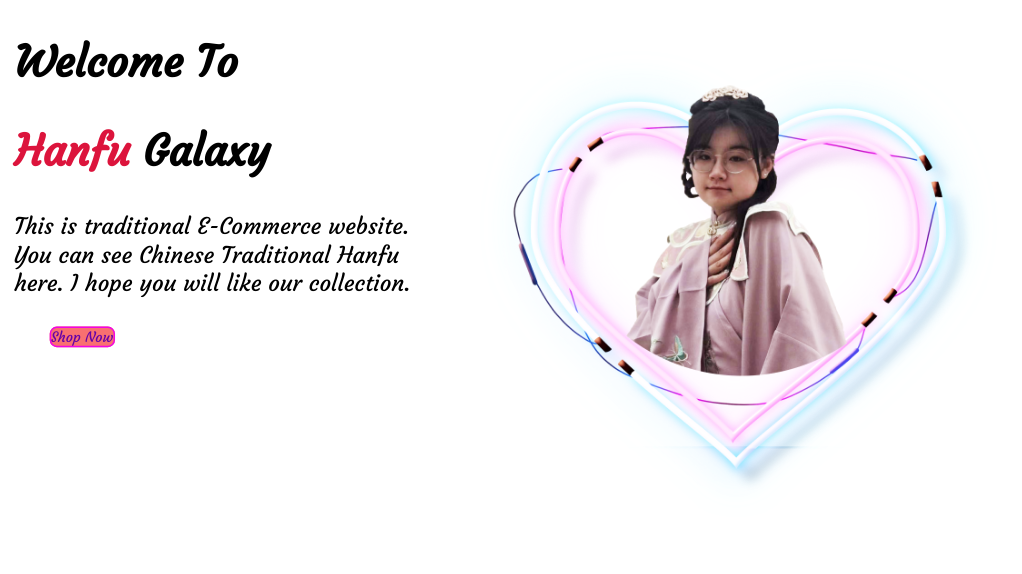
Repository: ramizraaz/E-Commerce
Page: index.html
An editor plug-in stored every save of this project. The page is shown before and after the next save, followed by the edit.
The browser window is 1280 px wide. The page is 1440 px wide, so the pictures cover 1440 px, including what lies to the right of the window. The pictures show the whole page, at 71% of full size.

Above is the page before, as saved 2022-02-06 21:03:46.

### index.html
<!DOCTYPE html>
<html lang="en">

<head>
    <meta charset="UTF-8">
    <meta http-equiv="X-UA-Compatible" content="IE=edge">
    <meta name="viewport" content="width=device-width, initial-scale=1.0">
    <title>Document</title>
    <link rel="stylesheet" href="main.css">
</head>

<body>
    <section class="top">
        <div class="container">
            <h1>Welcome To </h1>
            <h1><span> Hanfu </span>Galaxy</h1>
            <p>This is traditional E-Commerce website. You can see Chinese Traditional Hanfu here. I hope you will like our collection.
            </p>
            <a href="index.html">Shop Now</a>
        </div>
        <div class="container">
            <img src="images/bg-1.png" alt="showart">
        </div>
    </section>
</body>

</html>

### main.css
@import url('https://fonts.googleapis.com/css2?family=Courgette&display=swap');
body {
    font-family: 'Courgette', cursive;
    margin: 0;
    font-size: 2rem;
}

h1 {
    font-size: 60px;
}

span {
    color: crimson;
}

img {
    width: 800px;
}

a {
    text-decoration: none;
    border: 2px solid #f104e6;
    border-radius: 10px;
    font-size: 20px;
    margin-left: 50px;
    background-color: rgba(243, 7, 7, 0.575);
    color: rgb(101, 2, 167);
}

.top {
    display: flex;
    ;
}

.container {
    width: 50%;
    padding-left: 20px;
}

After the next save:
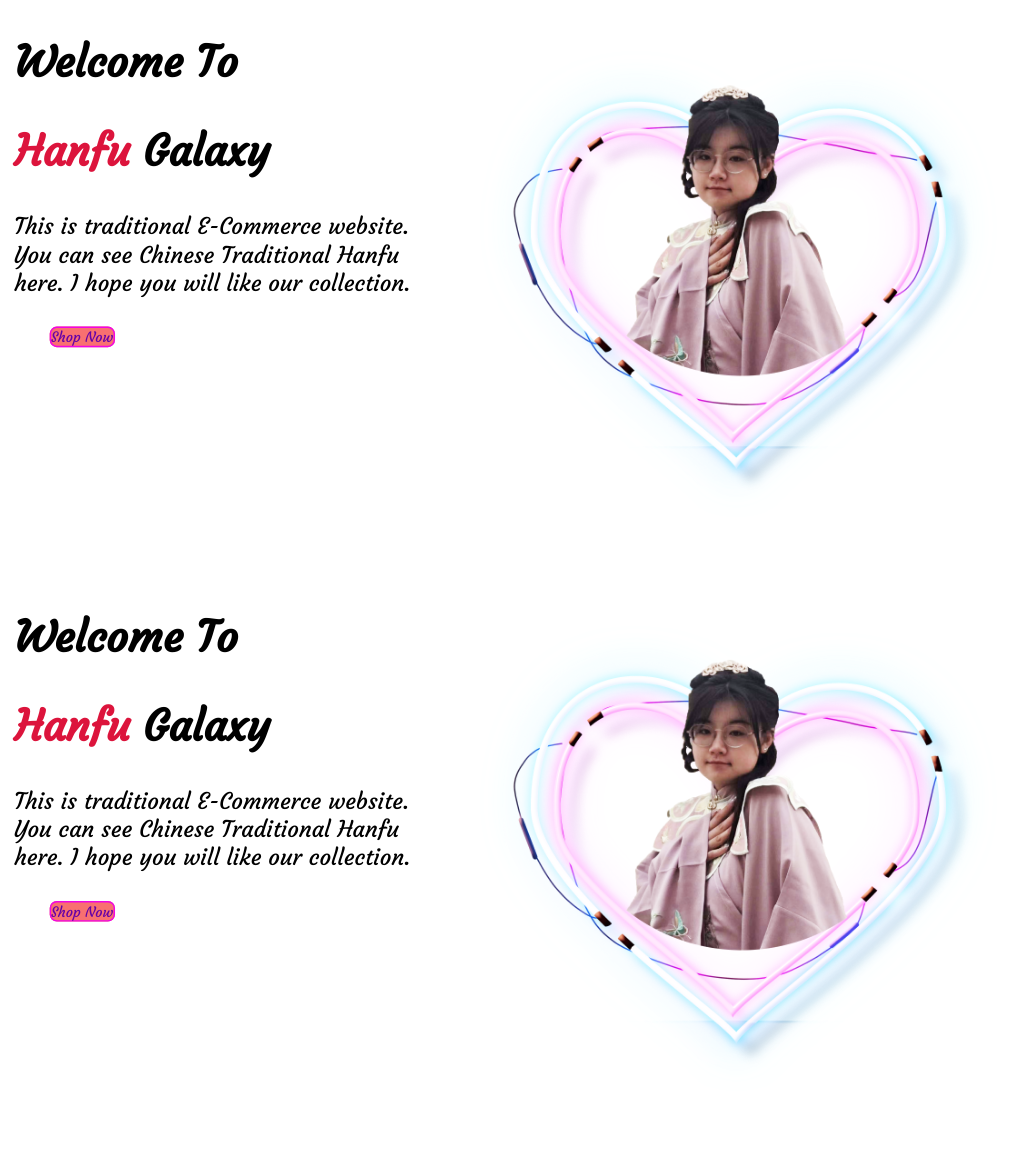
Saved 8 min 5 s later.
--- a/index.html
+++ b/index.html
@@ -22,6 +22,18 @@
             <img src="images/bg-1.png" alt="showart">
         </div>
     </section>
+    <section class="top">
+        <div class="container">
+            <h1>Welcome To </h1>
+            <h1><span> Hanfu </span>Galaxy</h1>
+            <p>This is traditional E-Commerce website. You can see Chinese Traditional Hanfu here. I hope you will like our collection.
+            </p>
+            <a href="index.html">Shop Now</a>
+        </div>
+        <div class="container">
+            <img src="images/bg-1.png" alt="showart">
+        </div>
+    </section>
 </body>
 
 </html>
